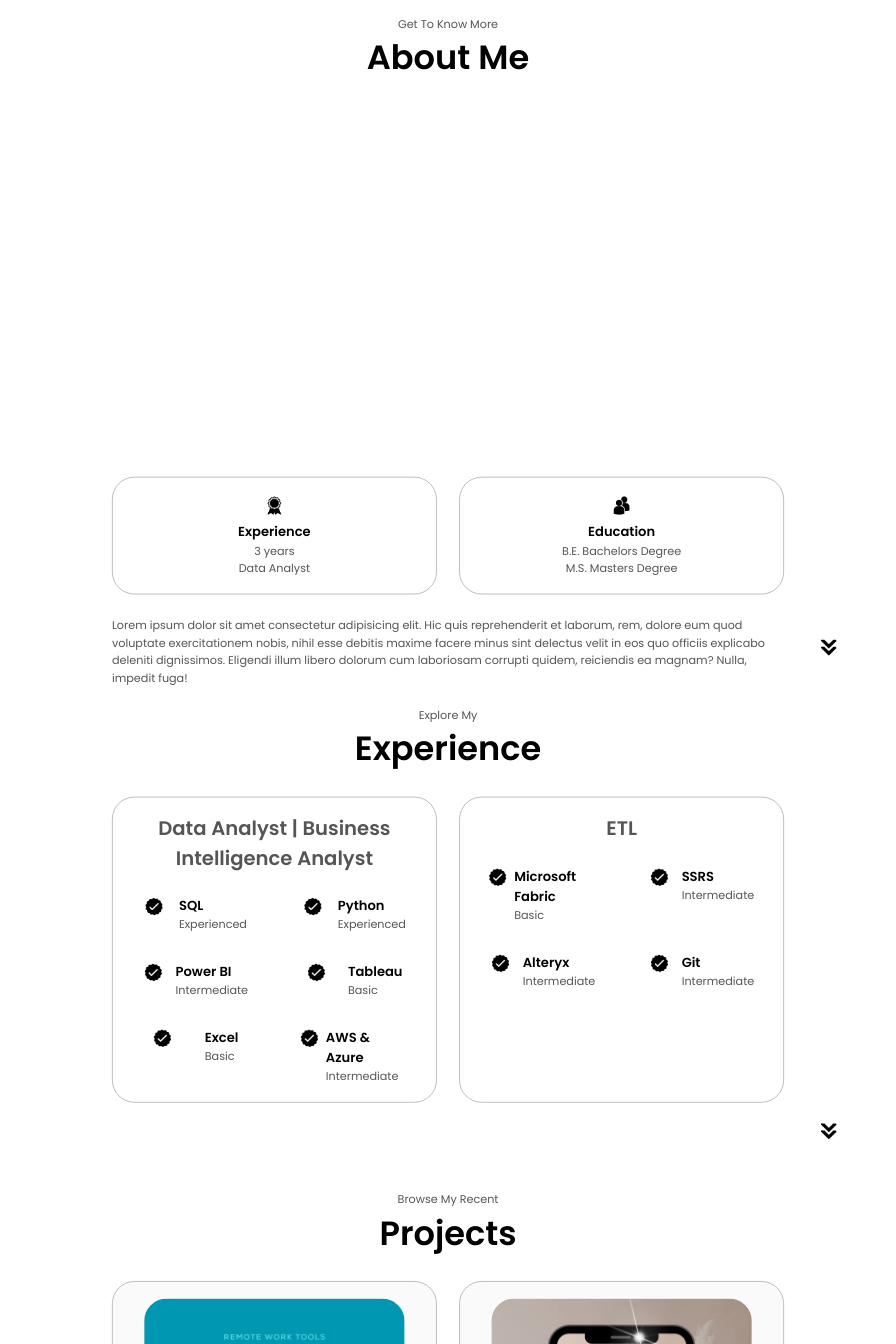
Repository: Komal-A99/komal-albhar
Page: index.html
An editor plug-in stored every save of this project. The page is shown before and after the next save, followed by the edit.
The browser window is 1280 px wide. The pictures show the part of the page from y = 823 to 2743 px (the page is 5012 px tall before and 4716 px after), at 70% of full size.

Above is the page before, as saved 2025-08-25 23:44:02.

After the next save:
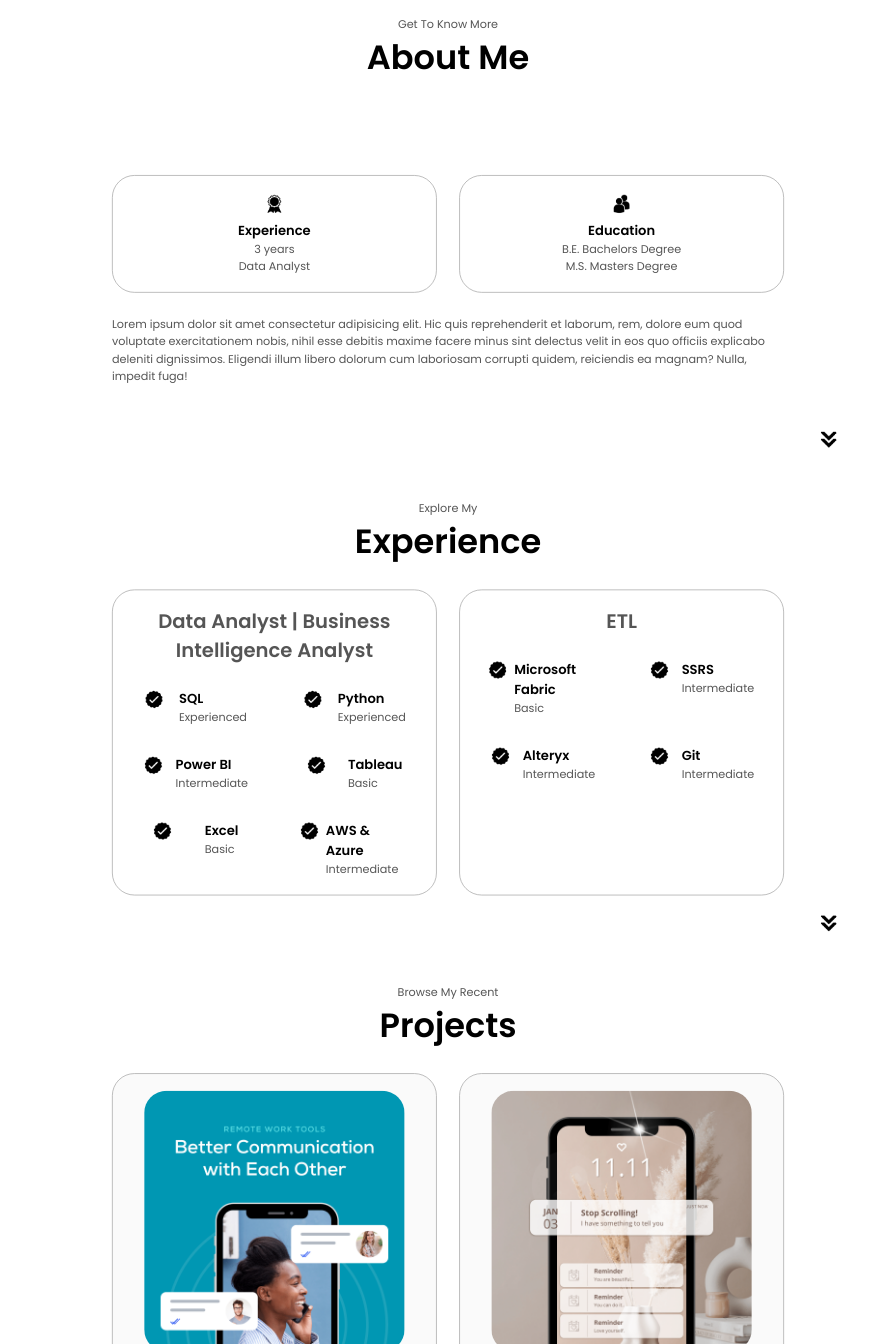
Saved 18 min 35 s later.
--- a/index.html
+++ b/index.html
@@ -88,8 +88,8 @@
           alt="Profile picture"
           class="about-pic"
         />
-       -->
-      </div>
+
+      </div>-->
         <div class="about-details-container">
           <div class="about-containers">
             <div class="details-container">
